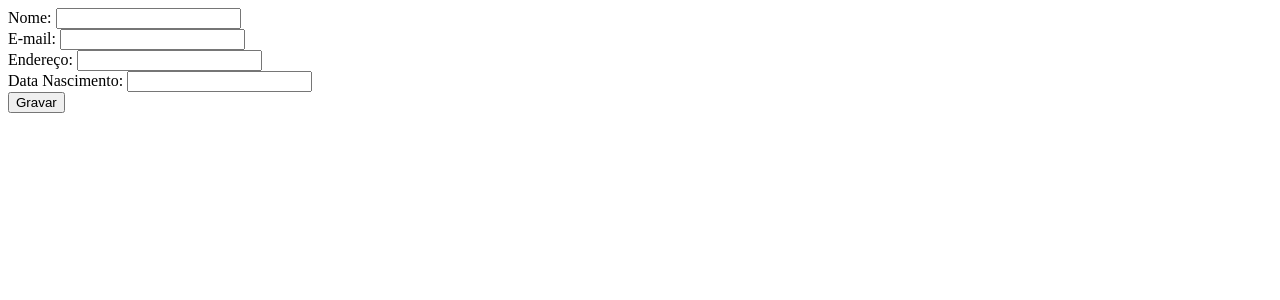
Repository: Natan16/CRUDJUSTTO
Page: CRUDJUSTTOWEB/WebContent/adiciona-advogado.html
An editor plug-in stored every save of this project. The page is shown before and after the next save, followed by the edit.
The browser window is 1280 px wide. The pictures show the whole page.

Above is the page before, as saved 2019-08-30 16:45:14.

After the next save:
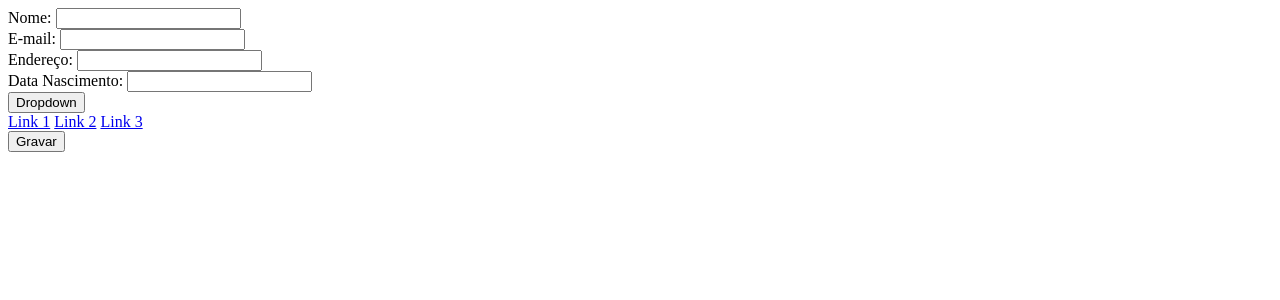
Saved 17 h 45 min later.
--- a/CRUDJUSTTOWEB/WebContent/adiciona-advogado.html
+++ b/CRUDJUSTTOWEB/WebContent/adiciona-advogado.html
@@ -5,7 +5,14 @@
              E-mail: <input type="text" name="email" /><br />
              Endereço: <input type="text" name="endereco" /><br />
              Data Nascimento: <input type="text" name="dataNascimento" /><br />
-
+		<div class="dropdown">
+  			<button class="dropbtn">Dropdown</button>
+  				<div class="dropdown-content">
+    				<a href="#">Link 1</a>
+    				<a href="#">Link 2</a>
+    				<a href="#">Link 3</a>
+  				</div>
+		</div>
              <input type="submit" value="Gravar" />
          </form>
      </body>
